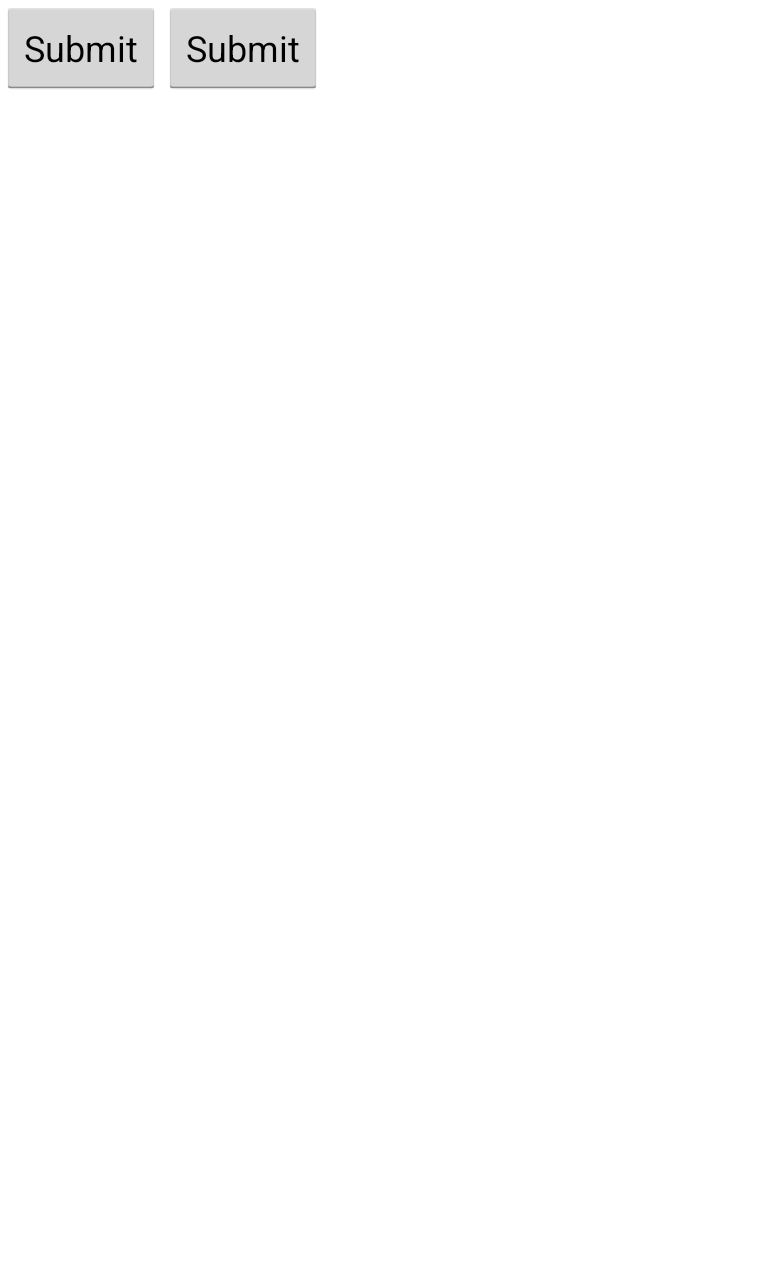
Repository: sbobra/women-startupweekend-sf
Layout: LaundryList/res/layout/activity_explore.xml
An editor plug-in stored every save of this project. The layout is shown before and after the next save, followed by the edit.
It is drawn on a 768 x 1280 px phone screen (xhdpi) without system bars, with theme AppTheme; the app's code is not run. Lists and similar views that code fills are empty.

Above is the layout before, as saved 2013-09-15 03:16:29.

After the next save:
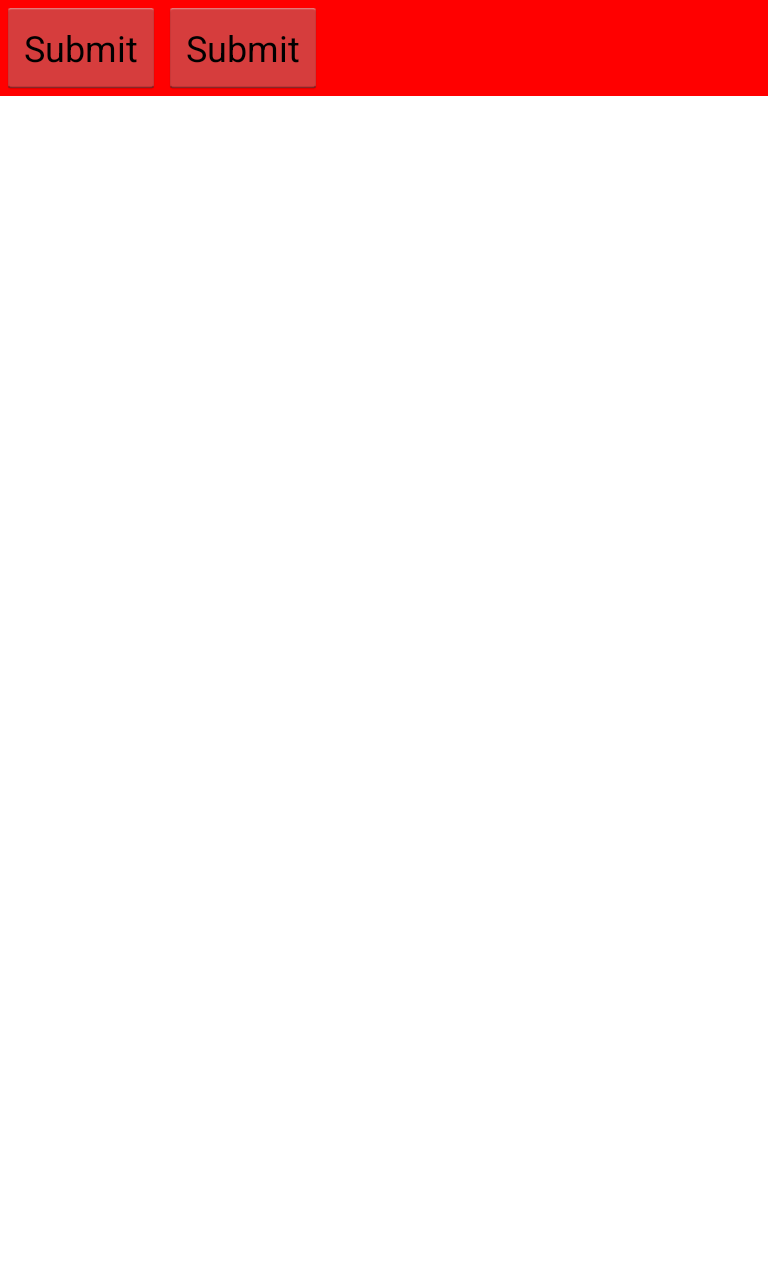
Saved 12 s later.
--- a/LaundryList/res/layout/activity_explore.xml
+++ b/LaundryList/res/layout/activity_explore.xml
@@ -23,7 +23,7 @@
     android:layout_width="match_parent"
     android:layout_height="wrap_content"
     android:orientation="horizontal"
-    android:background="@colors/white" >
+    android:background="@color/red" >
 
     <Button
         android:id="@+id/loginButton"
